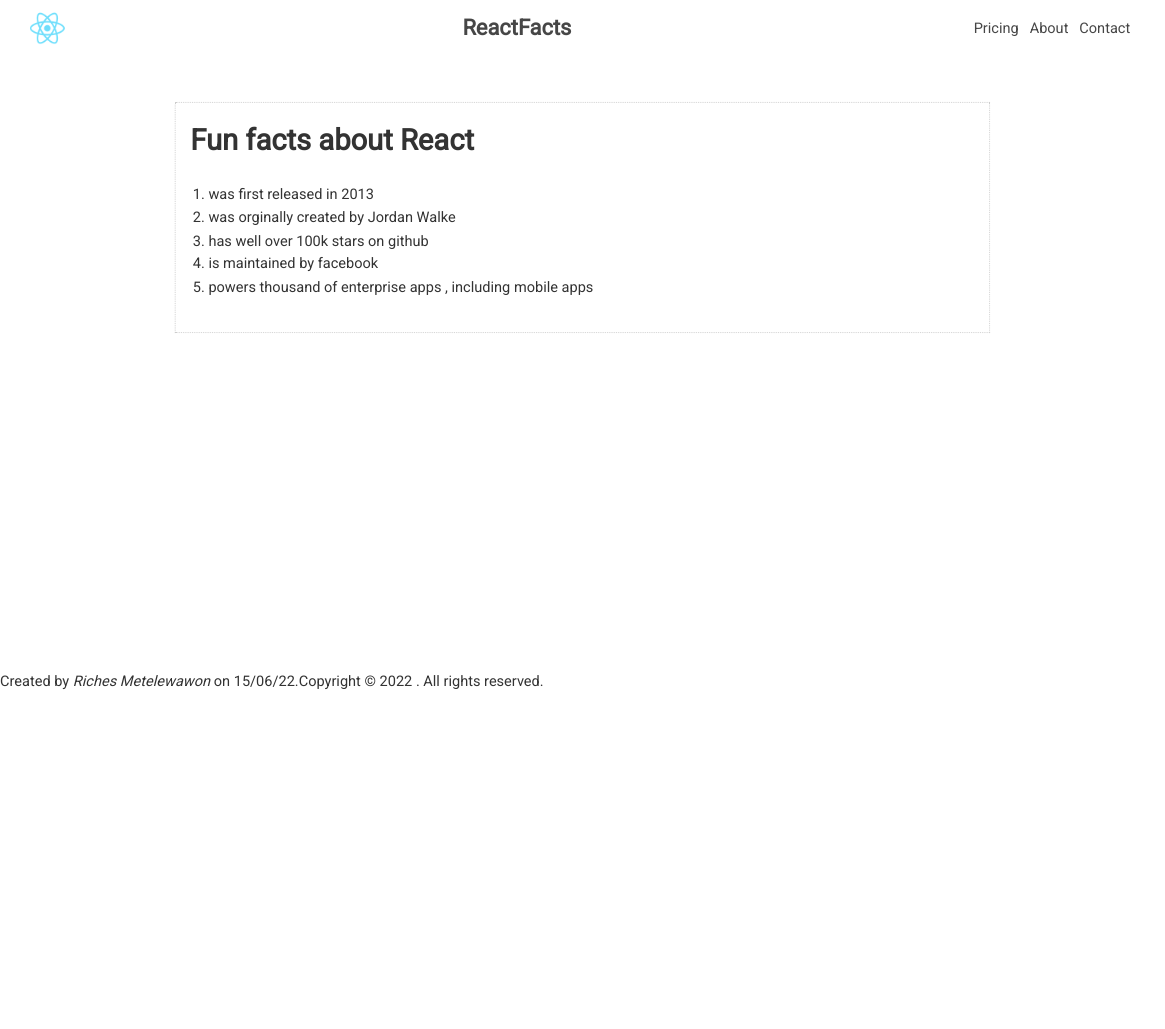
Repository: Richswag009/my-travel-journal
Page: /
These files come from the project's save history. The page is drawn as it stood at one moment and after the next save; the edit follows.
The browser window is 1280 px wide. The pictures show the whole page, at 91% of full size.
The project was rebuilt for these pictures with package versions that can differ from the ones it lists, and the page was loaded fresh each time.

Above is the page before, as saved 2022-06-15 13:01:41.

After the next save:
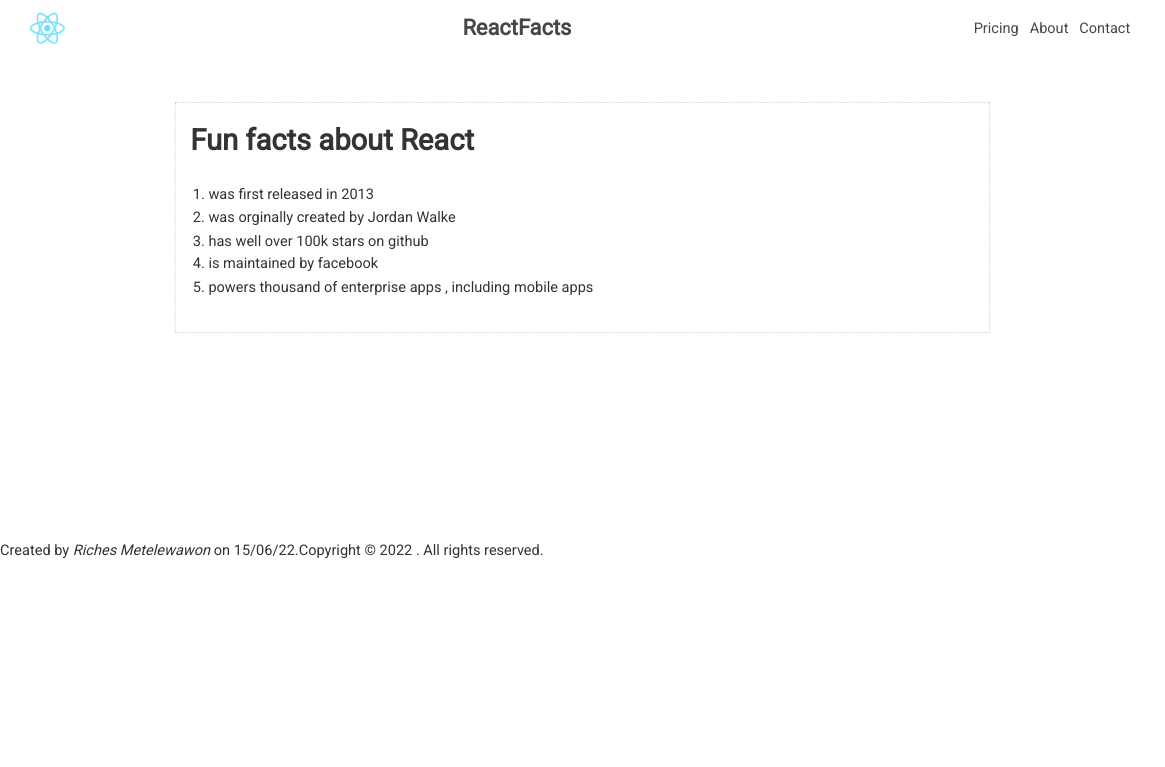
Saved 13 s later.
--- a/src/App.css
+++ b/src/App.css
@@ -179,7 +179,7 @@
 
 
 .footer{
-  margin: 50vh auto;
+  margin: 30vh auto;
   padding: 10px 0;
 }
 /* Grid */
